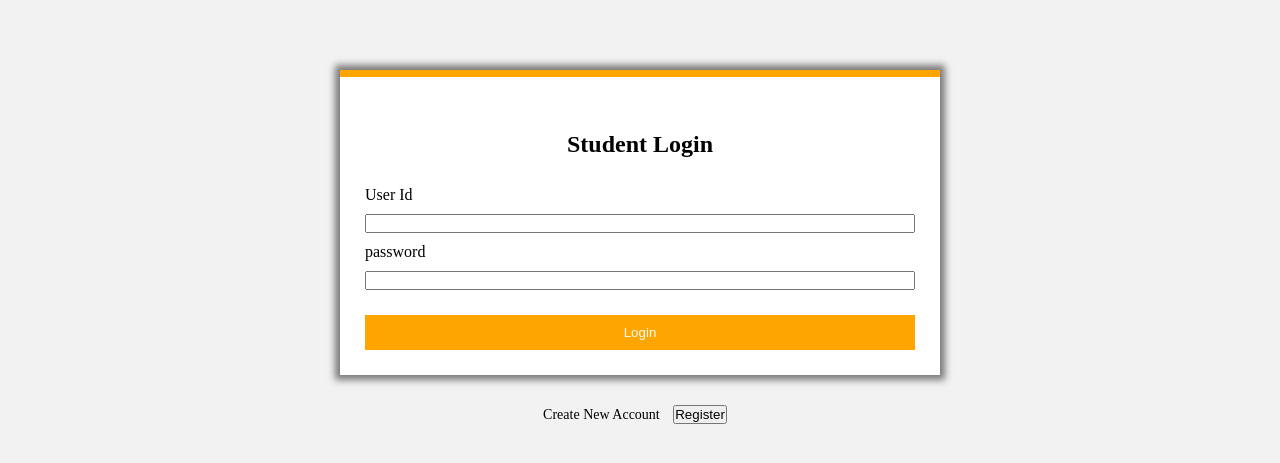
Repository: Sameer-0/workspace
Page: http://localhost/StudentCrud/views/login.jsp
An editor plug-in stored every save of this project. The page is shown before and after the next save, followed by the edit.
The browser window is 1280 px wide. The pictures show the whole page.
The page is served by Tomcat 9. Other server files are loaded and not shown.

Above is the page before, as saved 2022-07-13 08:09:08.

### StudentCrud/src/main/webapp/views/login.jsp
<%@ page language="java" contentType="text/html; charset=ISO-8859-1"
    pageEncoding="ISO-8859-1"%>
<!DOCTYPE html>
<html>
<head>
<meta charset="ISO-8859-1">
<title>Student Login</title>
<style type="text/css">
	* {
	margin: 0;
	padding: 0;
	box-sizing: border-box;
}

body {
	font-size: 14px;
	background: #f2f2f2;
}

.container {
	background: white;
	width: 600px;
	padding: 25px;
	margin: 70px auto 0;
	border-top: 7px solid orange;
	box-shadow: 0 0 7px 5px rgba(0, 0, 0, 0.5);
}

.container h2 {
	font-size: 24px;
	line-height: 24px;
	padding: 30px;
	text-align: center;
}

.name,.id, .email, .password {
	width: 100%;
	position: relative;
	margin: 10px auto;
}

.button {
	color : white;
	background: orange;
	height: 35px;
	line-height: 35px;
	width: 100%;
	outline: none;
	border: none;
	cursor: pointer;
	margin-top: 15px;
}

label {
	font-size: 16px
}

.button:hover {
	background: rgb(255, 128, 64);
}

#btn-div {
	text-align: center;
	margin: 30px;
}

#a-tag {
	margin: 10px;
}


.error {
  color: red;
  font-size: small;
  margin-left: 20px;
}
 .msg-error{
 	text-align: center;
 	color: red;
 	margin: 15px;
 }

</style>
</head>
<body>
<h2 class="msg-error">${errorMsg}</h2>
<div class="container">
		<h2>Student Login</h2>
		<form id="login-form" action="/login" onsubmit="validateForm(event)" method="post">

			<div class="input-name">
				<label for="id">User Id</label> <span id="id-message"
					class="error"></span> <br><input type="text"
				    id="id" class="id"
					name="id">
			</div>

			<div class="input-name">
				<label for="password">password</label>  <span id="password-message"
					class="error"></span> <br><input type="text"
				    id="password" class="password"
					name="password">
			</div>

			<div class="button1">
				<input type="submit" id="button" class="button" value="Login">
			</div>
		</form>
	</div>
		<div id="btn-div">
		Create New Account
				<a href="/views/index.jsp" id="a-tag">
					<button  id="login-btn" type="button">Register</button>
				</a>
			</div>
	<script src="login.js"></script>

</body>
</html>

Loaded but not shown: StudentCrud/src/main/webapp/views/login.js (no copy from this time; the picture is the same without it)

After the next save:
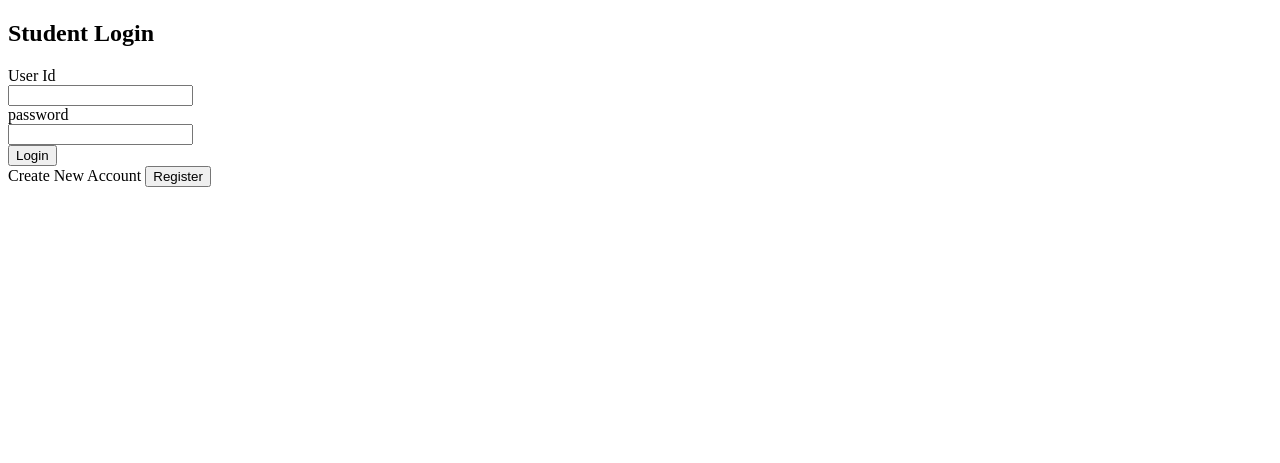
Saved 14 min 8 s later.
--- a/StudentCrud/src/main/webapp/views/login.jsp
+++ b/StudentCrud/src/main/webapp/views/login.jsp
@@ -5,82 +5,6 @@
 <head>
 <meta charset="ISO-8859-1">
 <title>Student Login</title>
-<style type="text/css">
-	* {
-	margin: 0;
-	padding: 0;
-	box-sizing: border-box;
-}
-
-body {
-	font-size: 14px;
-	background: #f2f2f2;
-}
-
-.container {
-	background: white;
-	width: 600px;
-	padding: 25px;
-	margin: 70px auto 0;
-	border-top: 7px solid orange;
-	box-shadow: 0 0 7px 5px rgba(0, 0, 0, 0.5);
-}
-
-.container h2 {
-	font-size: 24px;
-	line-height: 24px;
-	padding: 30px;
-	text-align: center;
-}
-
-.name,.id, .email, .password {
-	width: 100%;
-	position: relative;
-	margin: 10px auto;
-}
-
-.button {
-	color : white;
-	background: orange;
-	height: 35px;
-	line-height: 35px;
-	width: 100%;
-	outline: none;
-	border: none;
-	cursor: pointer;
-	margin-top: 15px;
-}
-
-label {
-	font-size: 16px
-}
-
-.button:hover {
-	background: rgb(255, 128, 64);
-}
-
-#btn-div {
-	text-align: center;
-	margin: 30px;
-}
-
-#a-tag {
-	margin: 10px;
-}
-
-
-.error {
-  color: red;
-  font-size: small;
-  margin-left: 20px;
-}
- .msg-error{
- 	text-align: center;
- 	color: red;
- 	margin: 15px;
- }
-
-</style>
 </head>
 <body>
 <h2 class="msg-error">${errorMsg}</h2>
